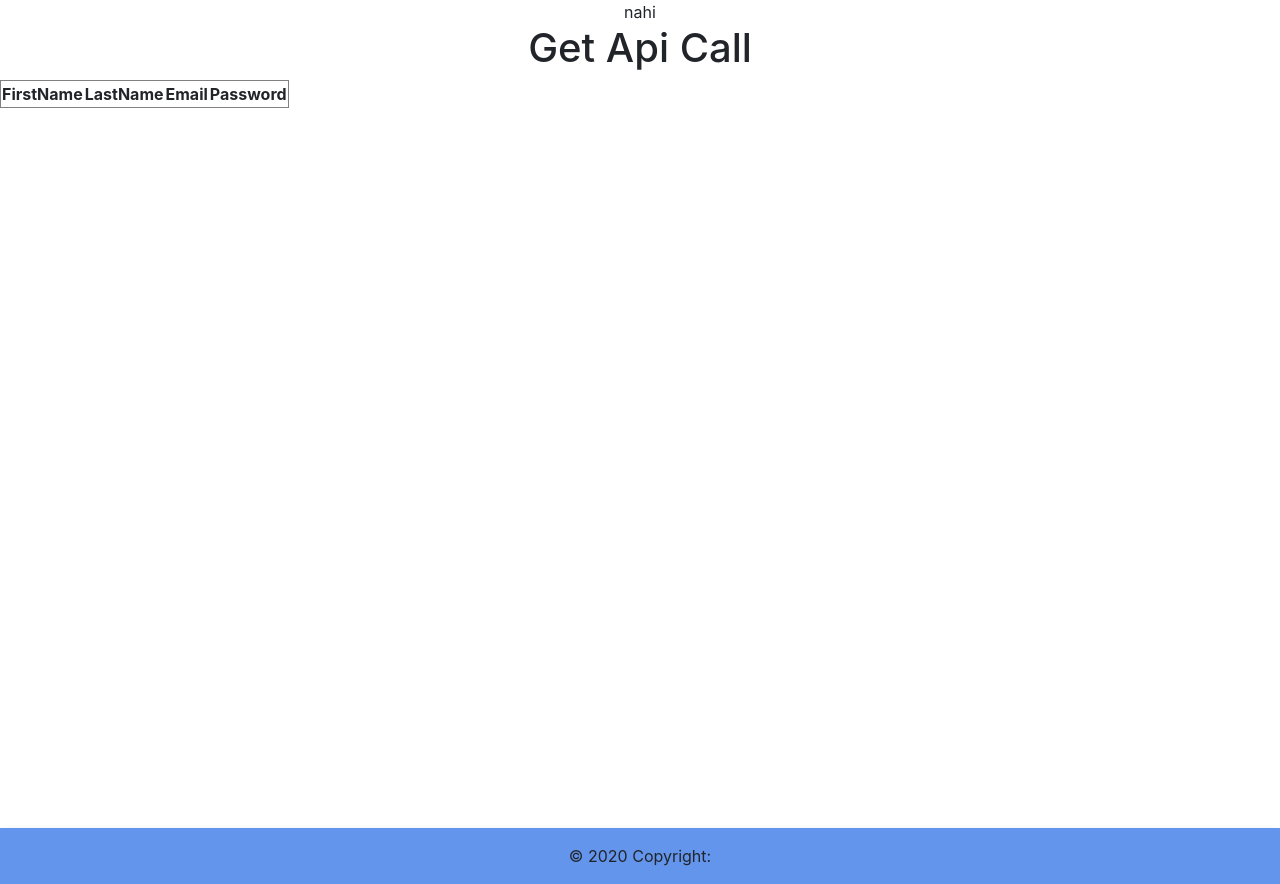
Repository: Sakshamccna/React
Page: /
These files come from the project's save history. The page is drawn as it stood at one moment and after the next save; the edit follows.
The browser window is 1280 px wide. The pictures show the whole page.
The page's requests for data from a server got no answer. The project was rebuilt for these pictures with package versions that can differ from the ones it lists, and the page was loaded fresh each time. No one was signed in, and anything a server would have sent is missing.

Above is the page before, as saved 2022-12-27 11:42:13.

After the next save:
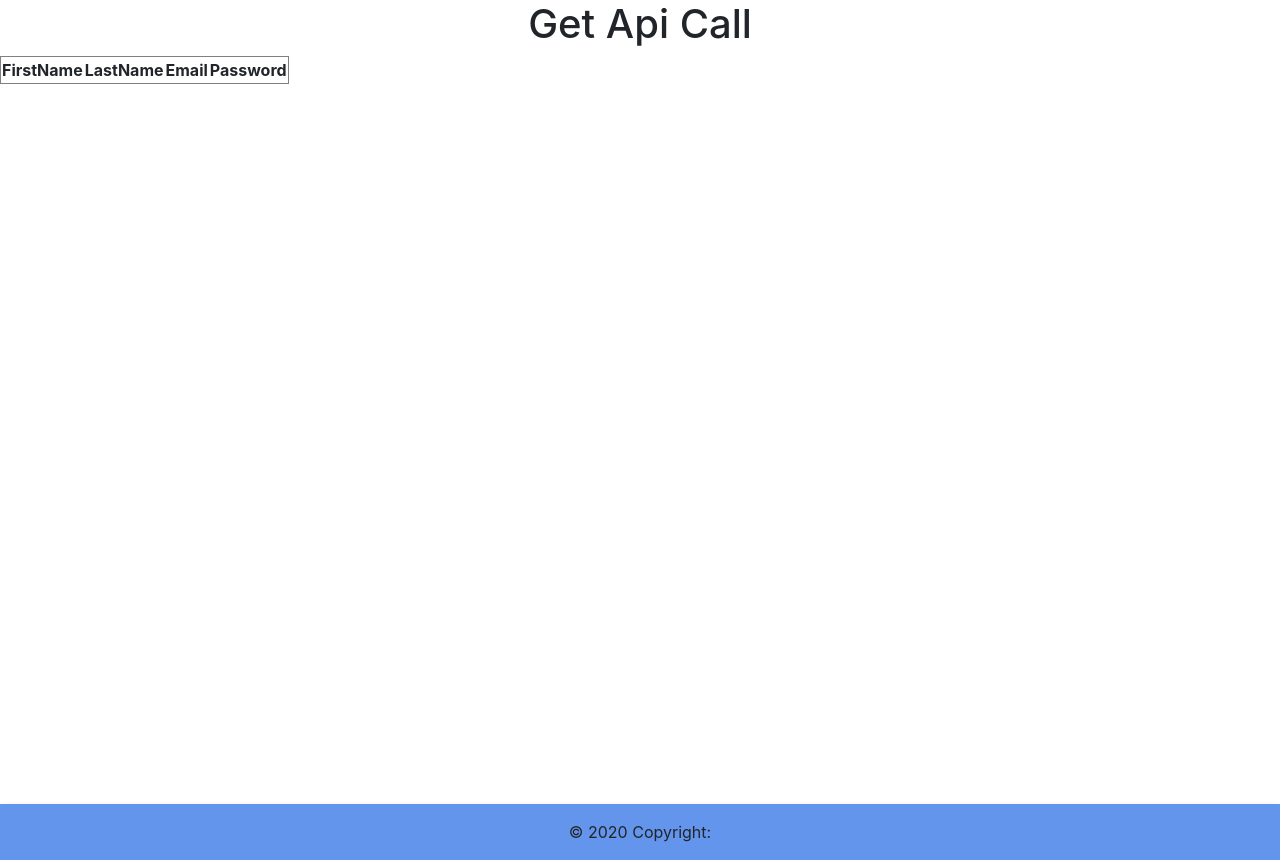
Saved 19 s later.
--- a/src/Components/Getapi.tsx
+++ b/src/Components/Getapi.tsx
@@ -26,10 +26,10 @@ const Getapi = () => {
     return (
         <>
             {
-                data.length > 0 ?
-                    data.map((x: any) => {
-                        x
-                    }) : 'nahi'
+                data.length > 0 ??
+                data.map((x: any) => {
+                    x
+                })
             }
             <h1> Get Api Call</h1>
             <table border={1}>
